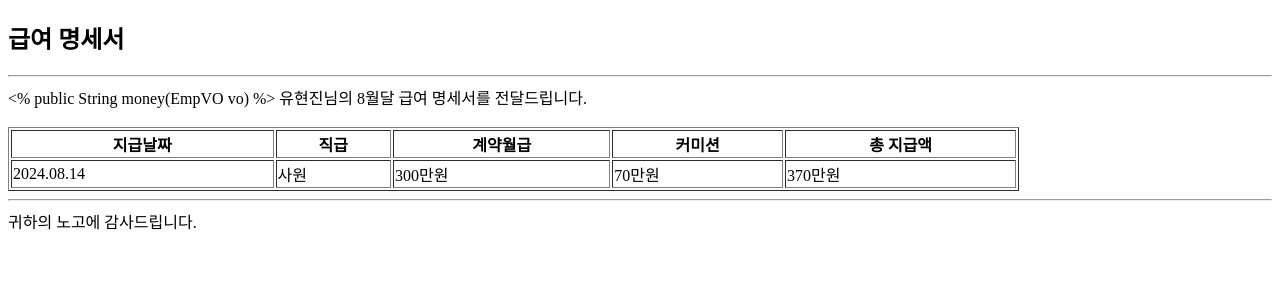
Repository: kz770/sts_test
Page: day0814/src/main/webapp/test.html
These files come from the project's save history. The page is drawn as it stood at one moment and after the next save; the edit follows.
The browser window is 1280 px wide. The pictures show the whole page.

Above is the page before, as saved 2024-08-14 02:08:03.

### day0814/src/main/webapp/test.html
<!DOCTYPE html>
<html>
<head>
<meta charset="UTF-8">
<title>Insert title here</title>
</head>
<body>
	<h2>급여 명세서</h2>
	<hr>
	<%
		public String money(EmpVO vo)
	%>
	유현진님의 8월달 급여 명세서를 전달드립니다.
	<br><br>
	<table border="1" width="80%">
		<thead>
			<tr>
				<th>지급날짜</th>
				<th>직급</th>
				<th>계약월급</th>
				<th>커미션</th>
				<th>총 지급액</th>
			</tr>
		</thead>
		<tbody>
			<tr>
				<td>2024.08.14</td>
				<td>사원</td>
				<td>300만원</td>
				<td>70만원</td>
				<td>370만원</td>
			</tr>
		</tbody>
	</table>
	<hr>
	귀하의 노고에 감사드립니다.
</body>
</html>

After the next save:
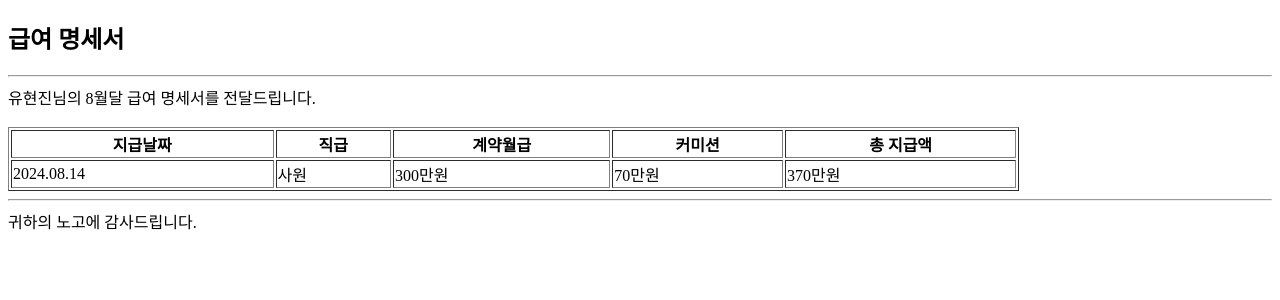
Saved 1 s later.
--- a/day0814/src/main/webapp/test.html
+++ b/day0814/src/main/webapp/test.html
@@ -7,9 +7,6 @@
 <body>
 	<h2>급여 명세서</h2>
 	<hr>
-	<%
-		public String money(EmpVO vo)
-	%>
 	유현진님의 8월달 급여 명세서를 전달드립니다.
 	<br><br>
 	<table border="1" width="80%">
